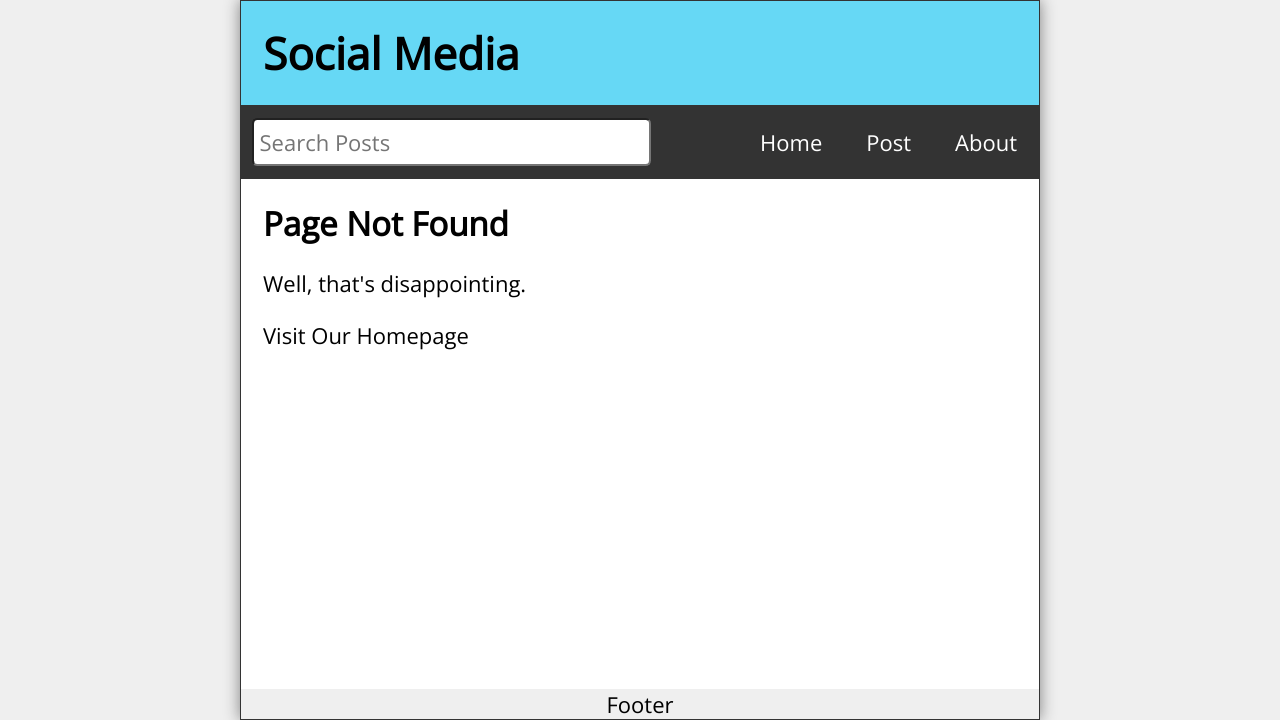
Repository: Kisho14/react_social_app_netlify
Page: /post
The author's editor kept a copy of each file at every save. The page is drawn from the files as they stood at one save, then again after the next save.
The browser window is 1280 px wide. The pictures show the whole page.
The project was rebuilt for these pictures with package versions that can differ from the ones it lists, and the page was loaded fresh each time. Also part of the build but not shown: src/Post.js, src/Feed.js, src/Home.js, src/NewPost.js, src/About.js.

Above is the page before, as saved 2024-02-06 11:06:37.

After the next save:
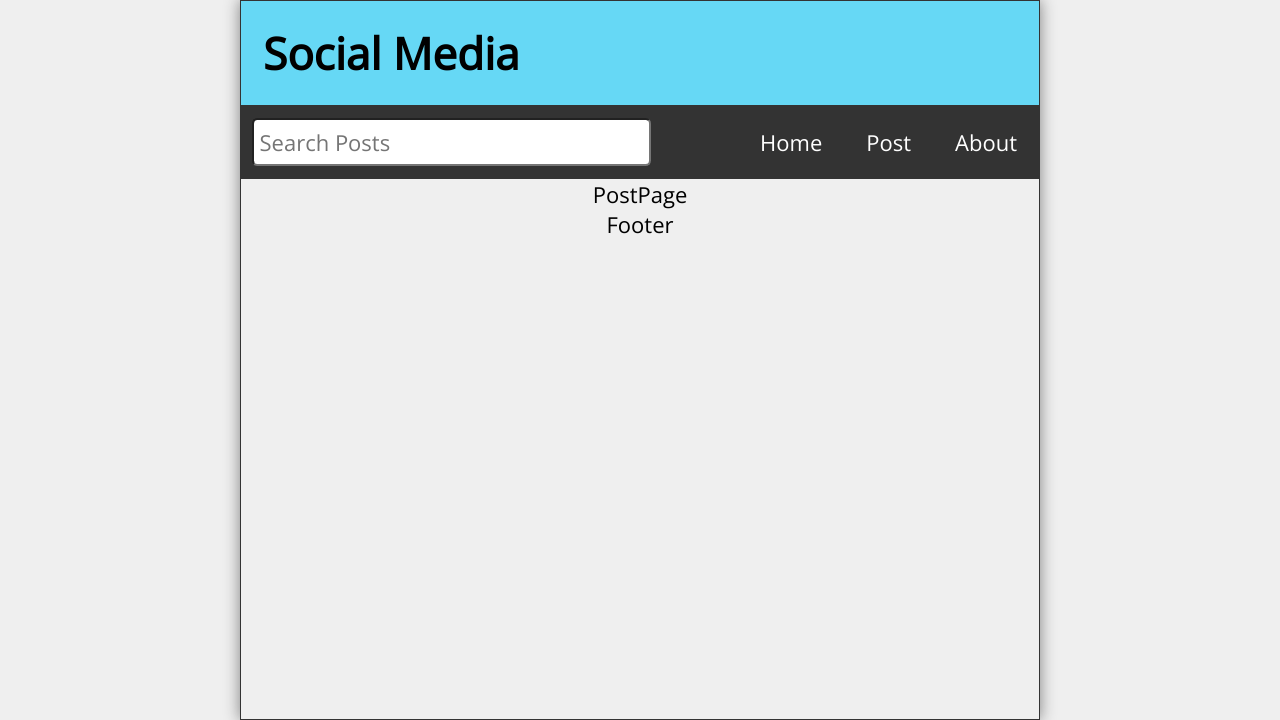
Saved 81 s later.
--- a/src/App.js
+++ b/src/App.js
@@ -77,7 +77,7 @@
         />} />
         <Route path='/about' element={<About />} />
         <Route path='*' element={<Missing />} />
-        <Route path='/postpage' element={<PostPage />} />
+        <Route path='/post' element={<PostPage />} />
       </Routes>
       <Footer />
     </div>

After the save that followed:
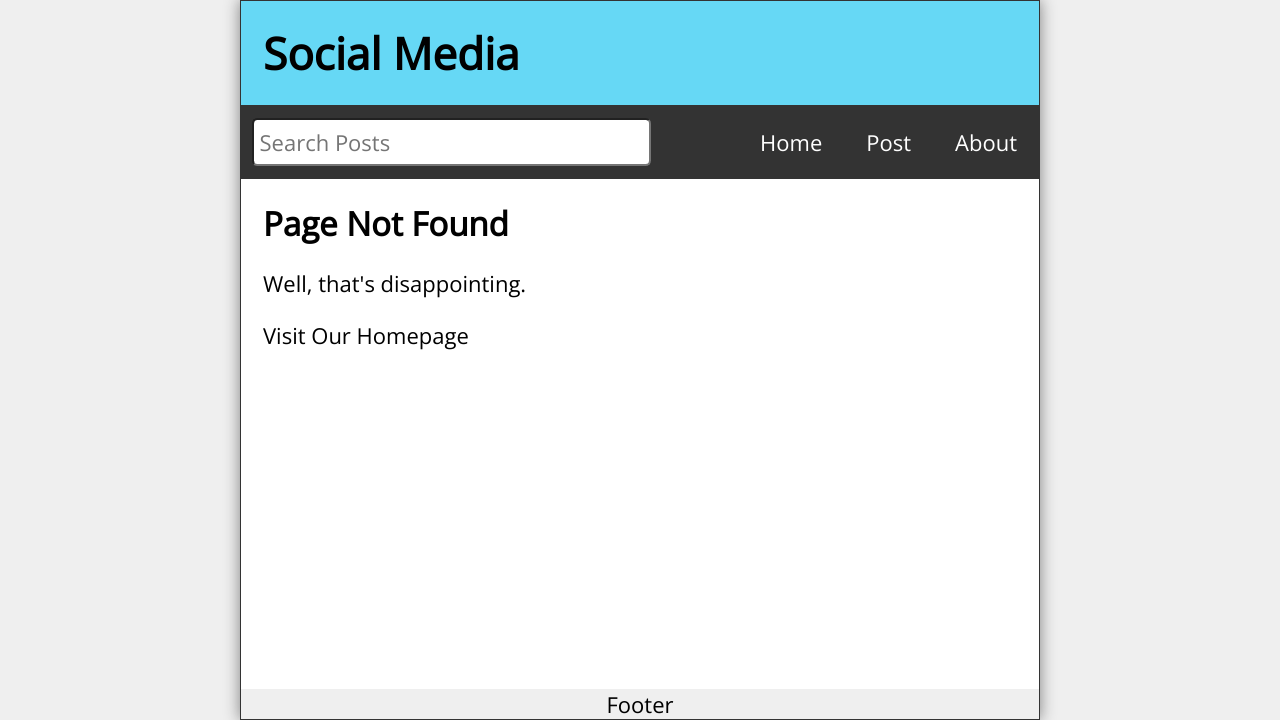
Saved 16 s later.
--- a/src/App.js
+++ b/src/App.js
@@ -77,7 +77,7 @@
         />} />
         <Route path='/about' element={<About />} />
         <Route path='*' element={<Missing />} />
-        <Route path='/post' element={<PostPage />} />
+        <Route path='/postpage' element={<PostPage />} />
       </Routes>
       <Footer />
     </div>
